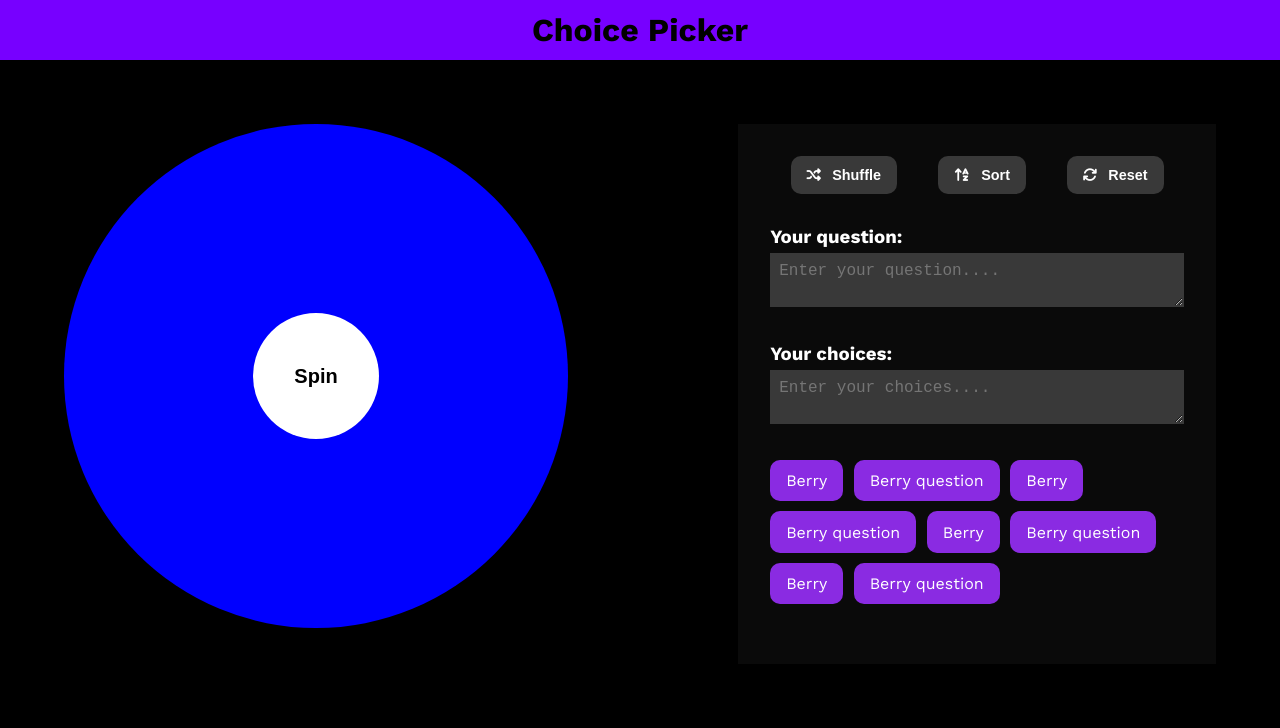
Repository: emiliaiwu/choice_wheel_spinner
Page: index.html
The author's editor kept a copy of each file at every save. The page is drawn from the files as they stood at one save, then again after the next save.
The browser window is 1280 px wide. The pictures show the whole page.
Some web libraries are served in a nearby version.

Above is the page before, as saved 2023-01-10 00:56:37.

After the next save:
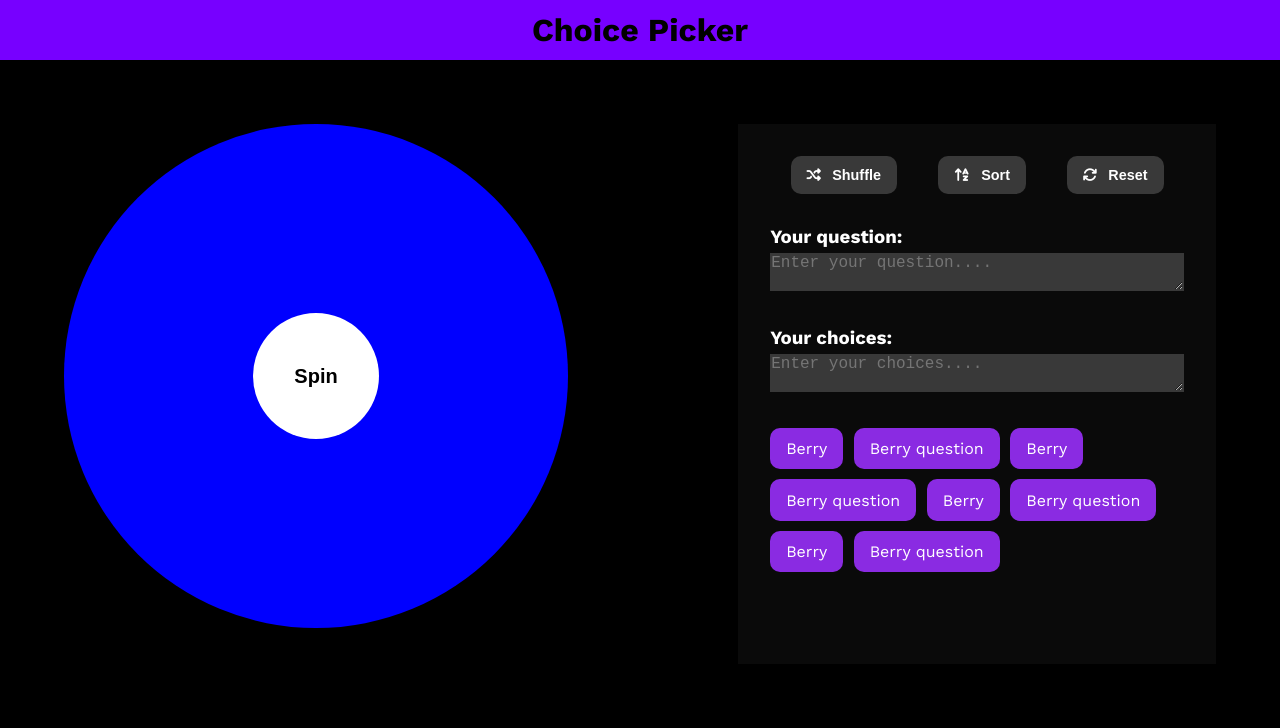
Saved 24 s later.
--- a/style.css
+++ b/style.css
@@ -122,7 +122,7 @@
 }
 
 textarea {
-    padding: .5rem;
+    /* padding: .5rem; */
     width: 100%;
     font-size: 1rem;
     border: 1px solid #393939;

After the save that followed:
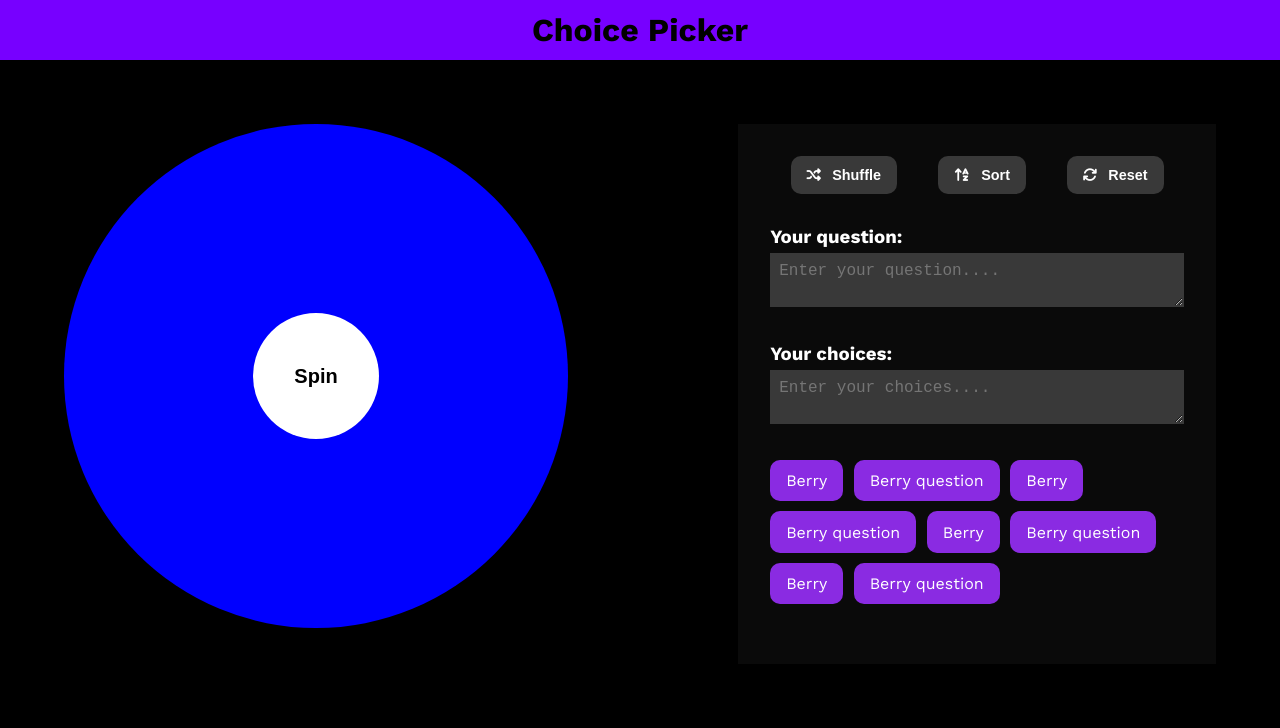
Saved 15 s later.
--- a/style.css
+++ b/style.css
@@ -122,7 +122,7 @@
 }
 
 textarea {
-    /* padding: .5rem; */
+    padding: .5rem;
     width: 100%;
     font-size: 1rem;
     border: 1px solid #393939;
